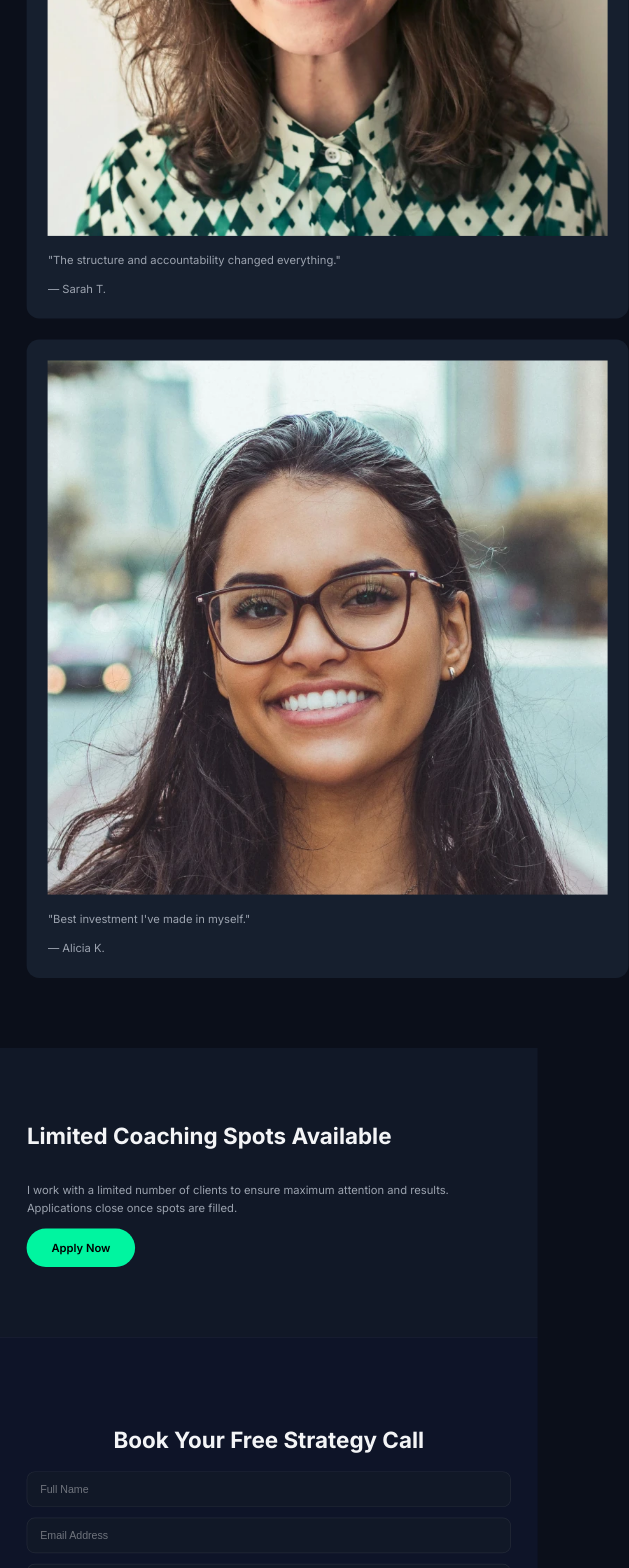
Repository: davidfsillva/Landing-page-pro
Page: index.html
The author's editor kept a copy of each file at every save. The page is drawn from the files as they stood at one save, then again after a run of saves.
The browser window is 768 px wide. The page is 898 px wide, so the pictures cover 898 px, including what lies to the right of the window. The pictures show the part of the page from y = 4260 to 6500 px (the page is 6866 px tall before and 6933 px after), at 70% of full size.

Above is the page before, as saved 2026-02-25 19:43:06.

After the next 3 saves:
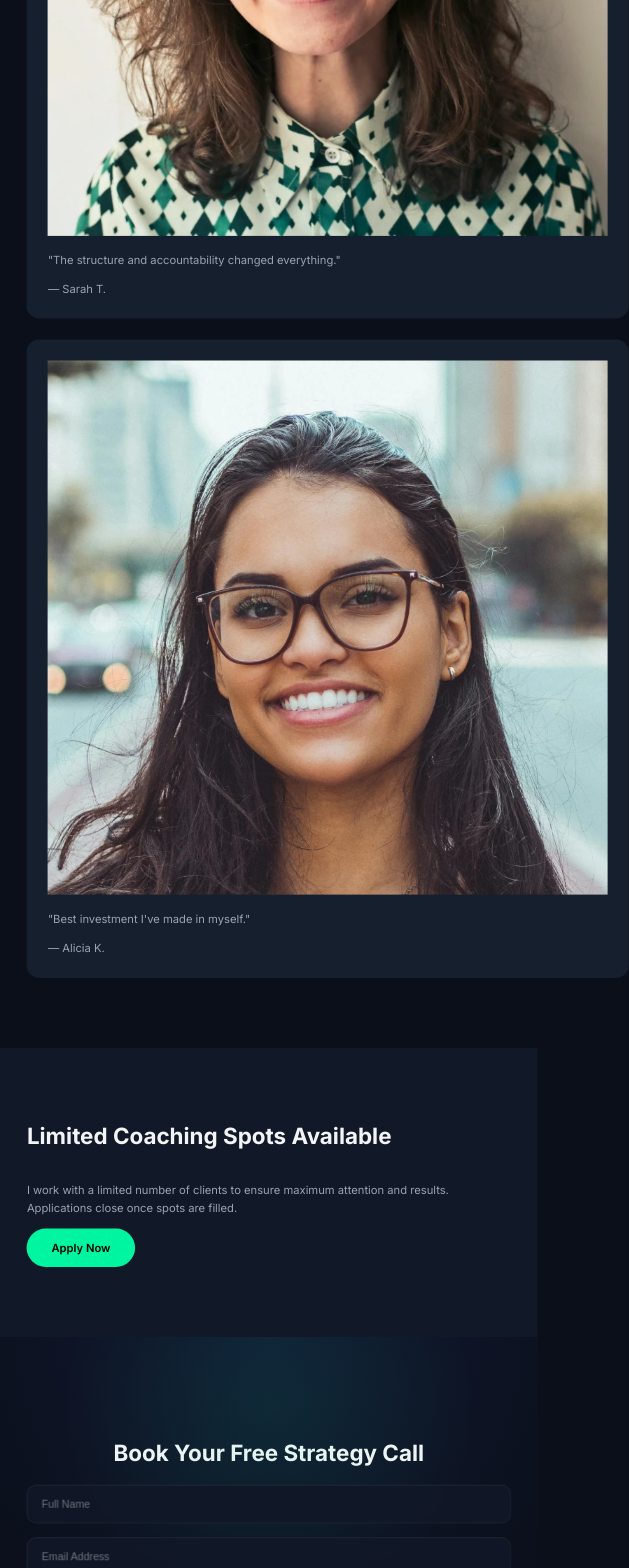
The 3 saves are shown as one change because they came seconds apart.
The last was saved 3 min 21 s later.
--- a/style.css
+++ b/style.css
@@ -331,57 +331,109 @@ p {
 }
 
 /* ===============================
-   CTA CLEAN HIGH-END
+   CTA PREMIUM UPGRADE
 =================================*/
 
 .cta {
-    background: #0E1428;
-    padding: 120px 0;
+    position: relative;
+    background: radial-gradient(circle at top, #111A33 0%, #0B0F1A 70%);
+    padding: 140px 0;
     text-align: center;
-    border-top: 1px solid rgba(255,255,255,0.05);
-    border-bottom: 1px solid rgba(255,255,255,0.05);
+    overflow: hidden;
+}
+
+/* Glow sutil atrás */
+.cta::before {
+    content: "";
+    position: absolute;
+    width: 600px;
+    height: 600px;
+    background: radial-gradient(circle, rgba(0,245,160,0.08), transparent 70%);
+    top: -200px;
+    left: 50%;
+    transform: translateX(-50%);
+    pointer-events: none;
 }
 
 .cta h2 {
-    font-size: clamp(2rem, 4vw, 2.6rem);
+    font-size: clamp(2rem, 4vw, 2.8rem);
     margin-bottom: 20px;
 }
 
 .cta p {
     max-width: 600px;
-    margin: 0 auto 50px auto;
-    font-size: 1rem;
+    margin: 0 auto 60px;
     color: var(--muted);
 }
 
-/* FORM INLINE PREMIUM */
+/* ===============================
+   FORM PREMIUM
+=================================*/
+
 .form {
-    max-width: 900px;
+    position: relative;
+    max-width: 1000px;
     margin: 0 auto;
     display: grid;
     grid-template-columns: repeat(4, 1fr);
-    gap: 15px;
-}
-
-/* INPUTS */
+    gap: 20px;
+}
+
+/* Inputs */
+
 .form input {
-    padding: 16px 18px;
-    border-radius: 12px;
+    padding: 18px 20px;
+    border-radius: 14px;
     border: 1px solid rgba(255,255,255,0.08);
-    background: #111827;
+    background: rgba(17,24,39,0.9);
     color: var(--text);
     font-size: 0.95rem;
-    transition: 0.3s ease;
-}
+    transition: all 0.3s ease;
+    backdrop-filter: blur(6px);
+}
+
+/* Placeholder */
 
 .form input::placeholder {
     color: rgba(255,255,255,0.4);
 }
 
+/* Focus effect */
+
 .form input:focus {
     border-color: var(--accent);
-    box-shadow: 0 0 0 3px rgba(0,245,160,0.12);
+    box-shadow:
+        0 0 0 3px rgba(0,245,160,0.15),
+        0 10px 30px -10px rgba(0,245,160,0.4);
+    transform: translateY(-2px);
     outline: none;
+}
+
+/* Botão mais dominante */
+
+.form button {
+    border-radius: 14px;
+    font-weight: 700;
+    letter-spacing: 0.5px;
+    font-size: 0.95rem;
+    transition: all 0.3s ease;
+}
+
+/* Hover botão mais premium */
+
+.form button:hover {
+    transform: translateY(-4px);
+    box-shadow: 0 15px 35px -10px rgba(0,245,160,0.6);
+}
+
+/* ===============================
+   RESPONSIVE
+=================================*/
+
+@media (max-width: 900px) {
+    .form {
+        grid-template-columns: 1fr;
+    }
 }
 
 /* BOTÃO */
